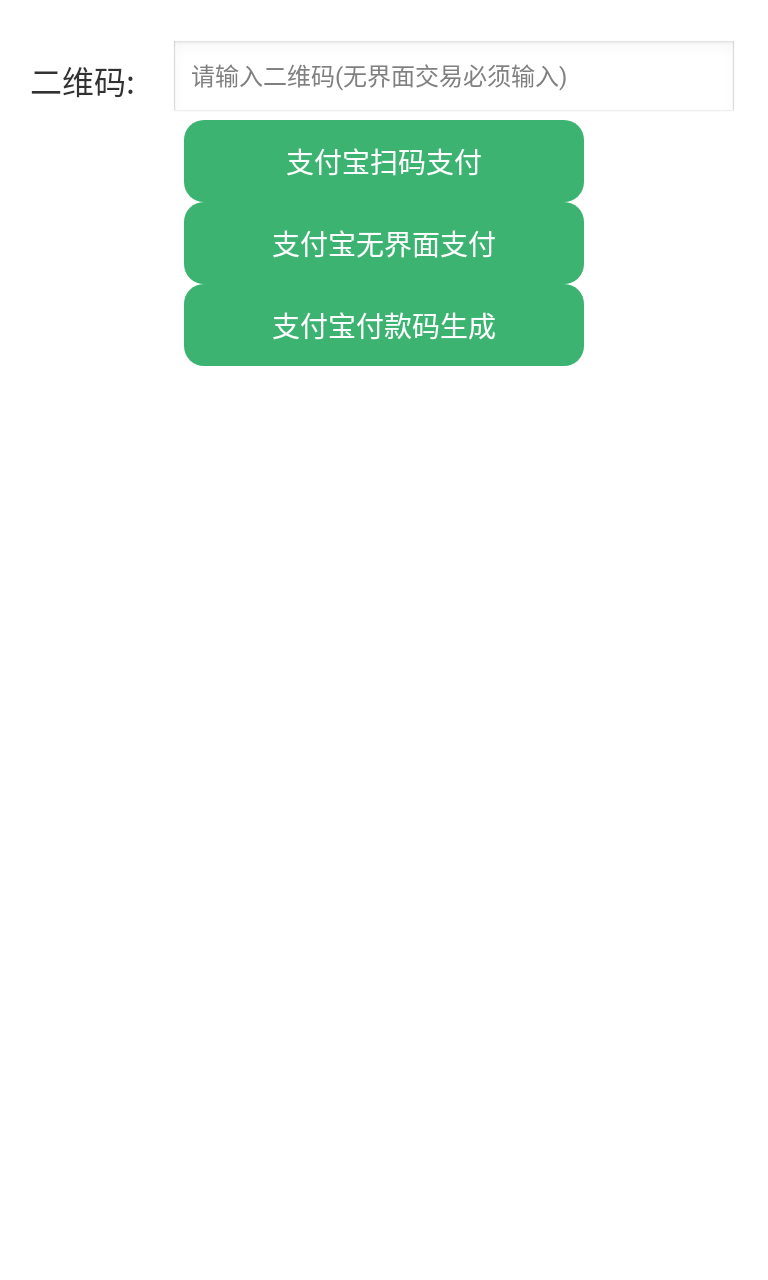
Repository: blanks1314/sysnc_android
Layout: UpayDemo/res/layout/fragment_wexin.xml
These files come from the project's save history. The layout is drawn as it stood at one moment and after the next save; the edit follows.
It is drawn on a 768 x 1280 px phone screen (xhdpi) without system bars, with theme AppTheme; the app's code is not run.

Above is the layout before, as saved 2015-04-28 06:44:43.

### UpayDemo/res/layout/fragment_wexin.xml
<?xml version="1.0" encoding="utf-8"?>
<LinearLayout xmlns:android="http://schemas.android.com/apk/res/android"
    android:layout_width="match_parent"
    android:layout_height="match_parent"
    android:orientation="vertical"
    android:gravity="center_horizontal"
    android:padding="10dp">

     <LinearLayout style="@style/linear_style_1" >

        <TextView
            android:layout_width="70dp"
            android:layout_height="wrap_content"
            android:textSize="16sp"
            android:text="二维码:" />

        <EditText
            android:id="@+id/tv_qrcode"
            style="@style/edit_style_1"
            android:textSize="12sp"
            android:hint="请输入二维码(无界面交易必须输入)" />
    </LinearLayout>

    <Button
        android:id="@+id/btn_pay"
        style="@style/btn_style_1"
        android:text="支付宝扫码支付" />
    <Button
        android:id="@+id/btn_pay_none"
        style="@style/btn_style_1"
        android:text="支付宝无界面支付" />
    <Button
        android:id="@+id/btn_qrcode"
        style="@style/btn_style_1"
        android:text="支付宝付款码生成" />

</LinearLayout>

### UpayDemo/res/values/styles.xml
<resources xmlns:android="http://schemas.android.com/apk/res/android">

    <!--
        Base application theme, dependent on API level. This theme is replaced
        by AppBaseTheme from res/values-vXX/styles.xml on newer devices.




    -->
    <style name="AppBaseTheme" parent="Theme.AppCompat.Light">
        <!--
            Theme customizations available in newer API levels can go in
            res/values-vXX/styles.xml, while customizations related to
            backward-compatibility can go here.




        -->
    </style>

    <!-- Application theme. -->
   <!--  <style name="AppTheme" parent="AppBaseTheme">
        All customizations that are NOT specific to a particular API-level can go here.
    </style> -->

    <style name="AppTheme" parent="Theme.AppCompat.Light">
        <item name="tabView">@style/TabView</item>
        <item name="tabPageIndicator">@style/TabIndicator</item>
    </style>

    <style name="TabIndicator" />

    <style name="TabView">
        <item name="android:addStatesFromChildren">true</item>
        <item name="android:orientation">vertical</item>
        <item name="android:gravity">bottom|center_horizontal</item>
        <item name="android:layout_width">0dp</item>
        <item name="android:background">@android:color/white</item>
        <item name="android:layout_height">match_parent</item>
    </style>

    <style name="text_style_1">
        <item name="android:textSize">16sp</item>
        <item name="android:layout_width">0dp</item>
        <item name="android:layout_weight">1</item>
        <item name="android:layout_height">fill_parent</item>
        <item name="android:gravity">center_vertical</item>
        <item name="android:ellipsize">marquee</item>
        <item name="android:singleLine">true</item>
    </style>
    <style name="edit_style_1">
        <item name="android:textSize">16sp</item>
        <item name="android:layout_width">0dp</item>
        <item name="android:layout_weight">1</item>
        <item name="android:layout_height">fill_parent</item>
        <item name="android:gravity">center_vertical</item>
    </style>

    <style name="spn_style_1">
        <item name="android:textSize">10sp</item>
        <item name="android:layout_width">wrap_content</item>
        <item name="android:layout_height">fill_parent</item>
    </style>

    <style name="linear_style_1">
        <item name="android:layout_width">match_parent</item>
        <item name="android:gravity">center_vertical</item>
        <item name="android:layout_height">40dp</item>
        <item name="android:orientation">horizontal</item>
        <item name="android:layout_marginLeft">5dp</item>
        <item name="android:layout_marginRight">5dp</item>
        <item name="android:layout_marginTop">10dp</item>
    </style>

    <style name="img_btn_1">
        <item name="android:layout_width">wrap_content</item>
        <item name="android:layout_height">wrap_content</item>
        <item name="android:padding">10dp</item>

    </style>


    <style name="btn_style_1">
        <item name="android:layout_width">200dp</item>
        <item name="android:layout_height">wrap_content</item>
        <item name="android:background">@drawable/btn_selecter</item>
        <item name="android:textColor">@color/white</item>

    </style>

</resources>

### UpayDemo/res/values/attrs.xml
<?xml version="1.0" encoding="utf-8"?>
<resources>
    <declare-styleable name="TabView">
        <attr name="tabPageIndicator" format="reference" />
        <attr name="tabView" format="reference" />
    </declare-styleable>

    <string-array name="currTypes">
        <item >RMB(156)</item>
    </string-array>
</resources>

### UpayDemo/res/drawable/btn_selecter.xml
<?xml version="1.0" encoding="utf-8"?>
<selector xmlns:android="http://schemas.android.com/apk/res/android">

    <item android:state_pressed="true"><shape android:shape="rectangle">

            <!-- 填充的颜色 -->
            <solid android:color="@color/btn_selecter_2" />
            <!-- 设置按钮的四个角为弧形 -->
            <!-- android:radius 弧形的半径 -->
            <corners android:radius="10dip" />

            <!-- padding：Button里面的文字与Button边界的间隔 -->
            <padding android:bottom="10dp" android:left="10dp" android:right="10dp" android:top="10dp" />
        </shape></item>
         <item android:state_selected="false"><shape android:shape="rectangle">

            <!-- 填充的颜色 -->
            <solid android:color="@color/btn_selecter_1" />
            <!-- 设置按钮的四个角为弧形 -->
            <!-- android:radius 弧形的半径 -->
            <corners android:radius="10dip" />

            <!-- padding：Button里面的文字与Button边界的间隔 -->
            <padding android:bottom="10dp" android:left="10dp" android:right="10dp" android:top="10dp" />
        </shape></item>

</selector>

### UpayDemo/res/values/color.xml
<?xml version="1.0" encoding="utf-8"?>
<resources>

    <color name="white">#FFFFFF</color>
    <color name="tab_text_normal">#696969</color>
    <color name="tab_text_selected">#73bf40</color>
    <color name="btn_selecter_1">#3CB371</color>
    <color name="btn_selecter_2">#FFA500</color>

</resources>

Loaded but not shown: UpayDemo/res/values-v11/styles.xml (common file); UpayDemo/res/values-v14/styles.xml (common file); UpayDemo/res/values/values.xml (657 lines, source omitted)

After the next save:
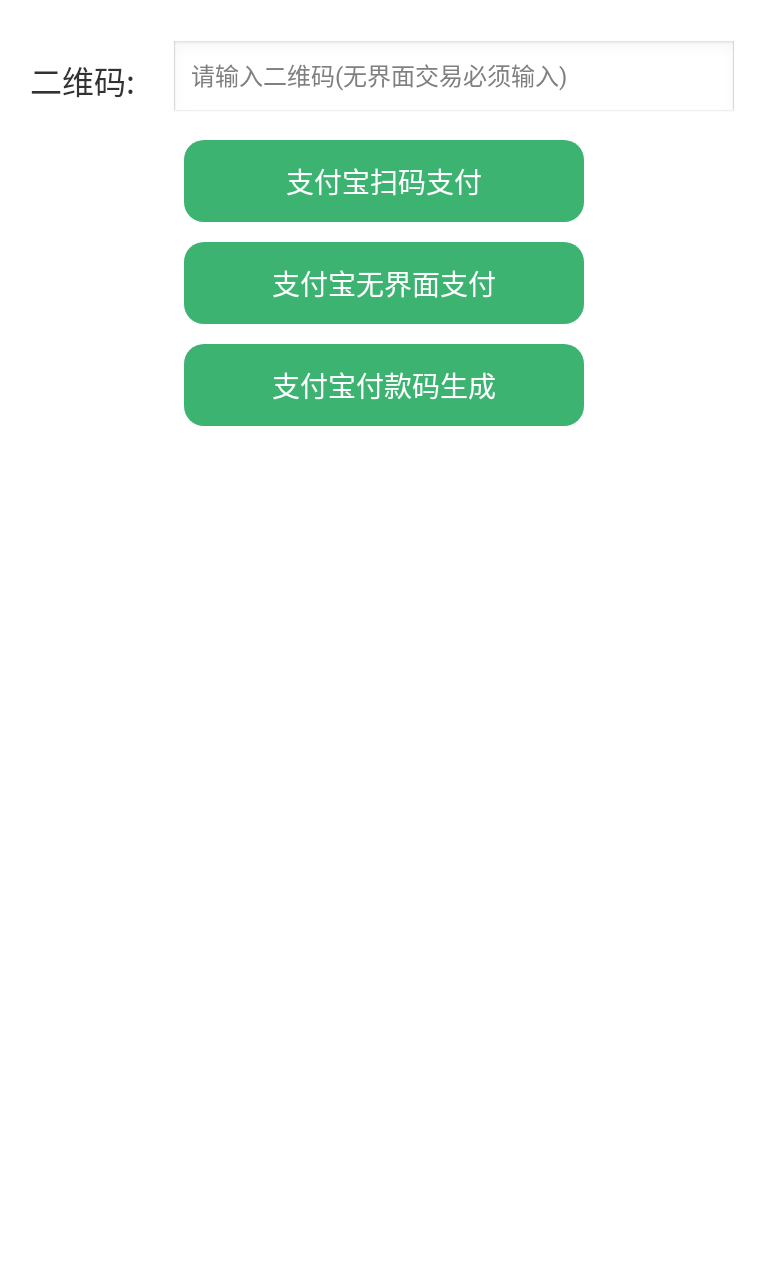
Saved 28 s later.
--- a/UpayDemo/res/values/styles.xml
+++ b/UpayDemo/res/values/styles.xml
@@ -87,7 +87,7 @@
         <item name="android:layout_height">wrap_content</item>
         <item name="android:background">@drawable/btn_selecter</item>
         <item name="android:textColor">@color/white</item>
-
+        <item name="android:layout_marginTop">10dp</item>
     </style>
 
 </resources>
